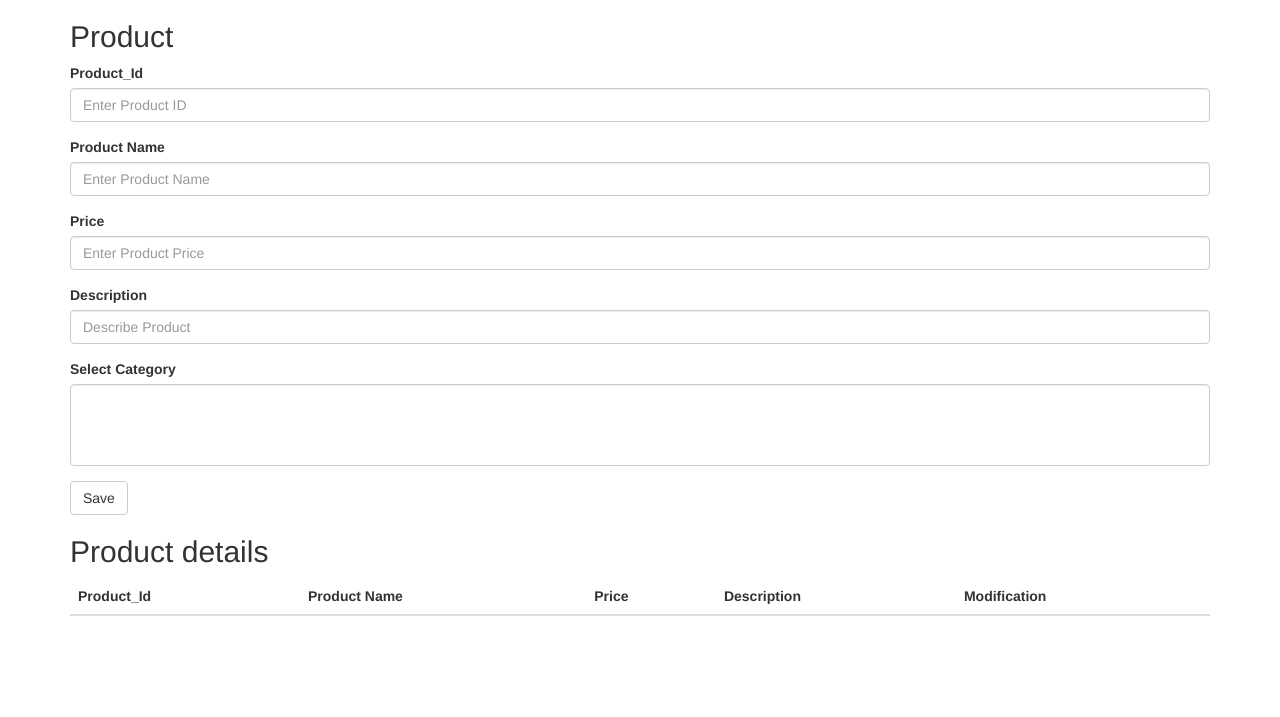
Repository: ashutosh238/S180403_404Shoppingcart
Page: http://localhost/ShoppingCartFrontEnd/WEB-INF/page/admin/product.jsp
These files come from the project's save history. The page is drawn as it stood at one moment and after the next save; the edit follows.
The browser window is 1280 px wide. The pictures show the whole page.
The page is served by Tomcat 9. Nobody is signed in. Other server files are loaded and not shown. The template is opened directly, without the code that normally fills it, so the values that code supplies are empty.

Above is the page before, as saved 2018-05-25 08:14:18.

### ShoppingCartFrontEnd/src/main/webapp/WEB-INF/page/admin/product.jsp
<%@ page language="java" contentType="text/html; charset=ISO-8859-1"
    pageEncoding="ISO-8859-1"%>
<!DOCTYPE html PUBLIC "-//W3C//DTD HTML 4.01 Transitional//EN" "http://www.w3.org/TR/html4/loose.dtd">
<html>
<head>
<%@ taglib uri="http://java.sun.com/jsp/jstl/core" prefix="c"%>
 <title>Bootstrap Example</title>

  <meta name="viewport" content="width=device-width, initial-scale=1">
  <link rel="stylesheet" href="https://maxcdn.bootstrapcdn.com/bootstrap/3.3.7/css/bootstrap.min.css">
  <script src="https://ajax.googleapis.com/ajax/libs/jquery/3.3.1/jquery.min.js"></script>
  <script src="https://maxcdn.bootstrapcdn.com/bootstrap/3.3.7/js/bootstrap.min.js"></script>
</head>
<body>
<!-- create a form to save product -->


<div class="container">
  <h2>Product</h2>
  <form action="product/save" method="post">
    <div class="form-group">
      <label for="pid">Product_Id</label>
      <input type="text" class="form-control" id="pid" placeholder="Enter Product ID" name="id">
    </div>
    <div class="form-group">
      <label for="pname">Product Name</label>
      <input type="text" class="form-control" id="pname" placeholder="Enter Product Name" name="name">
    </div>
    <div class="form-group">
      <label for="price">Price</label>
      <input type="text" class="form-control" id="price" placeholder="Enter Product Price" name="price">
    </div>
    <div class="form-group">
      <label for="des">Description</label>
      <input type="text" class="form-control" id="des" placeholder="Describe Product" name="description">
    </div>
    <div class="form-group">
    <label for="category">Select Category</label>
    <select multiple class="form-control" id="category" name="cateoryName">
      <c:forEach var="category" items="${categories}">
<option value="${category.name}">${category.name}  </option>
</c:forEach>

    </select>
  </div>


    <button type="submit" class="btn btn-default">Save</button>
  </form>
</div>

<div class="container">
  <h2>Product details</h2>
  <table class="table">
    <thead>
      <tr>
        <th>Product_Id</th>
        <th>Product Name</th>
        <th>Price</th>
        <th>Description</th>
        <th>Modification</th>
      </tr>
    </thead>
    <tbody>
    <c:forEach var="p" items="${products}" >
      <tr>

<td>${p.id}</td>
<td>${p.name}</td>
<td>${p.description}</td>
<td>${p.price}</td>
<td>
<a href="product/delete?id=${p.id}">Delete</a> <a href="product/edit?id=${p.id}"> | Edit</a>

   </td>


 </tr>


</c:forEach>

    </tbody>
  </table>
</div>





</body>
</html>

After the next save:
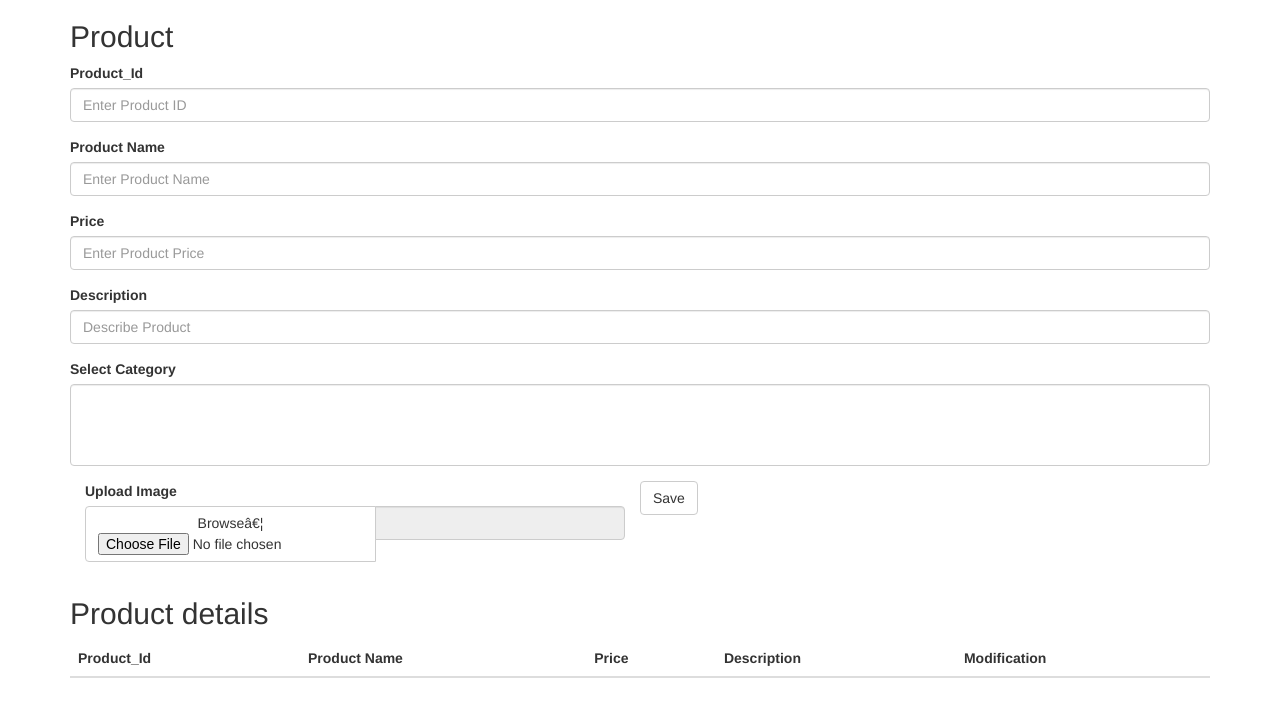
Saved 15 min 0 s later.
--- a/ShoppingCartFrontEnd/src/main/webapp/WEB-INF/page/admin/product.jsp
+++ b/ShoppingCartFrontEnd/src/main/webapp/WEB-INF/page/admin/product.jsp
@@ -43,6 +43,20 @@
 
     </select>
   </div>
+  <div class="col-md-6">
+    <div class="form-group">
+        <label>Upload Image</label>
+        <div class="input-group">
+            <span class="input-group-btn">
+                <span class="btn btn-default btn-file">
+                    Browse… <input type="file" id="imgInp">
+                </span>
+            </span>
+            <input type="text" class="form-control" readonly>
+        </div>
+        <img id='img-upload'/>
+    </div>
+</div>
 
 
     <button type="submit" class="btn btn-default">Save</button>

After the save that followed:
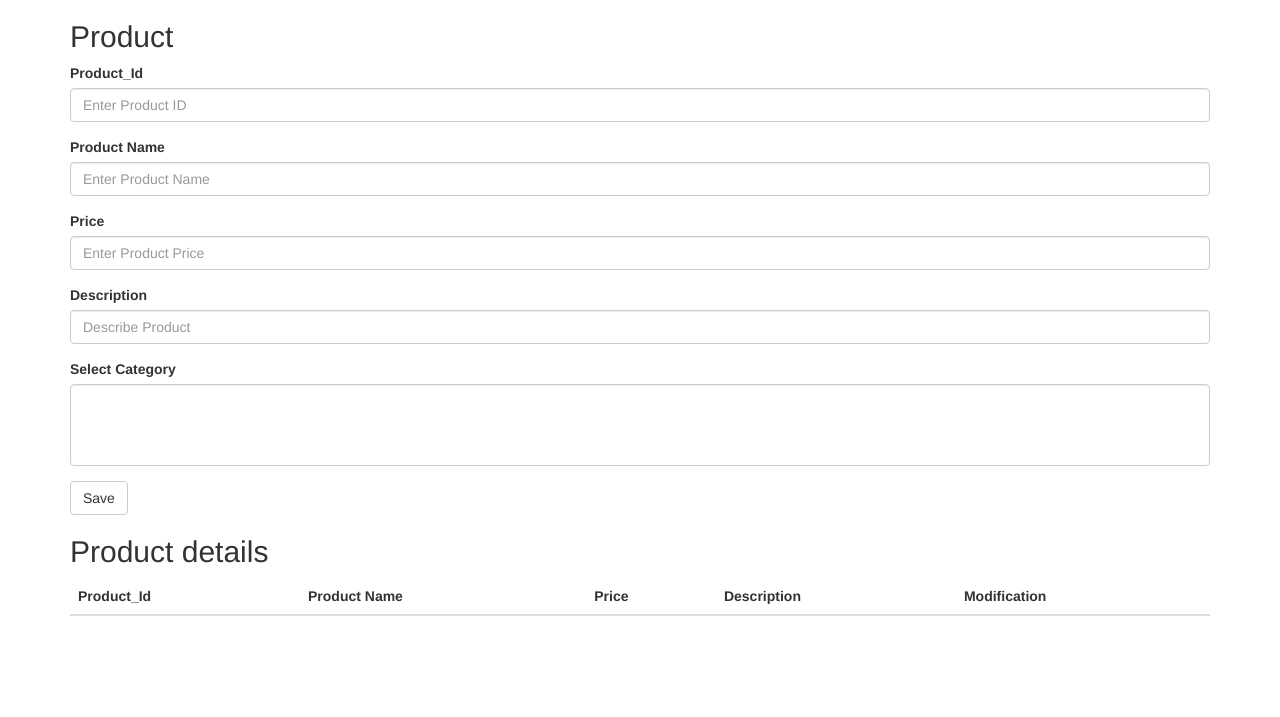
Saved 95 s later.
--- a/ShoppingCartFrontEnd/src/main/webapp/WEB-INF/page/admin/product.jsp
+++ b/ShoppingCartFrontEnd/src/main/webapp/WEB-INF/page/admin/product.jsp
@@ -43,20 +43,7 @@
 
     </select>
   </div>
-  <div class="col-md-6">
-    <div class="form-group">
-        <label>Upload Image</label>
-        <div class="input-group">
-            <span class="input-group-btn">
-                <span class="btn btn-default btn-file">
-                    Browse… <input type="file" id="imgInp">
-                </span>
-            </span>
-            <input type="text" class="form-control" readonly>
-        </div>
-        <img id='img-upload'/>
-    </div>
-</div>
+
 
 
     <button type="submit" class="btn btn-default">Save</button>
